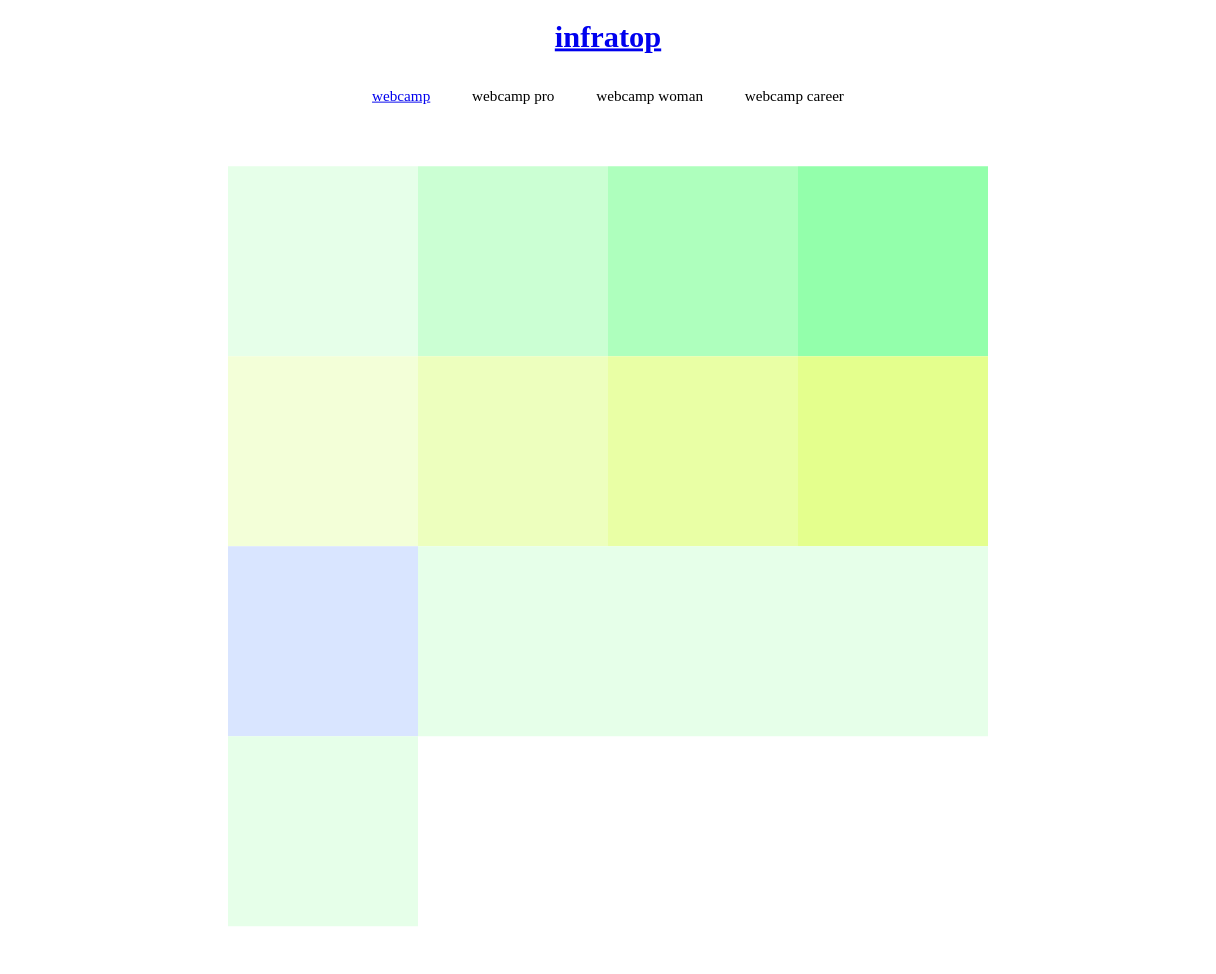
Repository: kk-um/advance1
Page: 演習/5.html
The author's editor kept a record of every edit. The page is drawn from the files as they stood at one moment, then again after the next edit.
The browser window is 1280 px wide. The pictures show the whole page, at 95% of full size.

Above is the page before.

After the next edit:
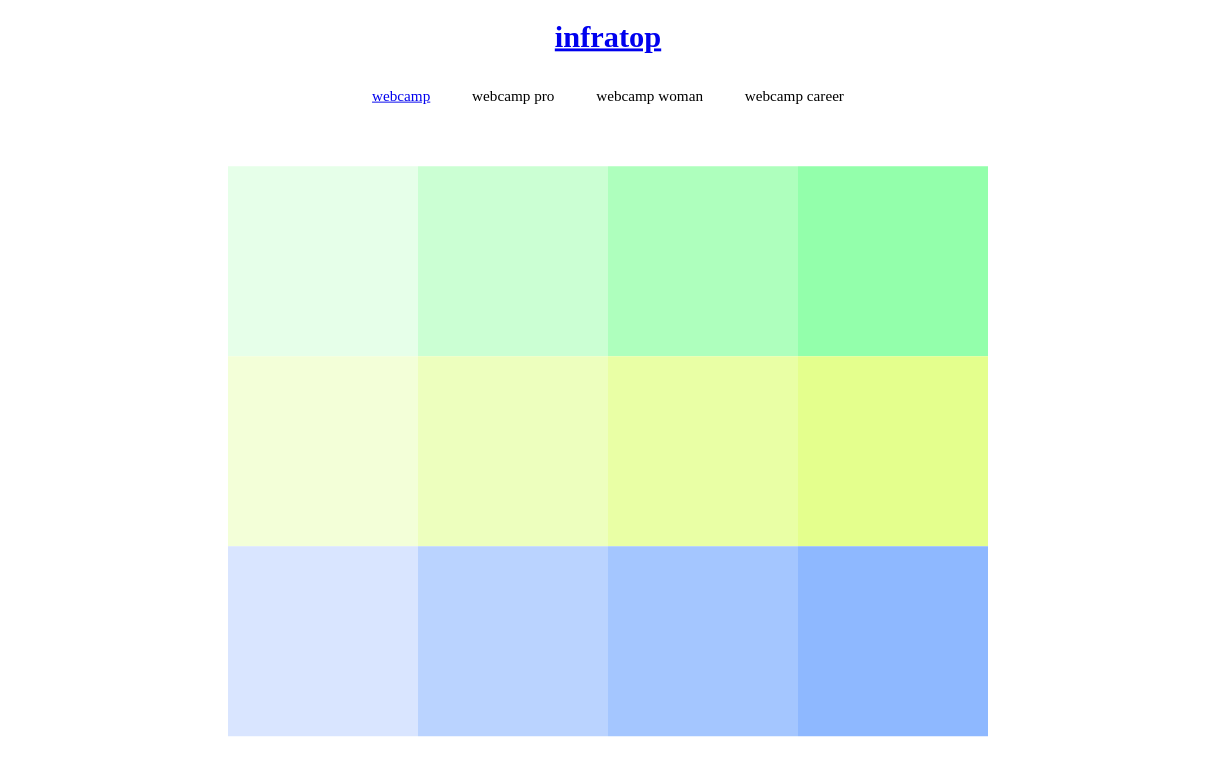
The edit:
--- a/演習/5.html
+++ b/演習/5.html
@@ -34,10 +34,9 @@
         <div class="box7"></div>
         <div class="box8"></div>
         <div class="box9"></div>
-        <div class="box1"></div>
-        <div class="box1"></div>
-        <div class="box1"></div>
-        <div class="box1"></div>
+        <div class="box10"></div>
+        <div class="box11"></div>
+        <div class="box12"></div>
       </div>
   </body>
 </html>
